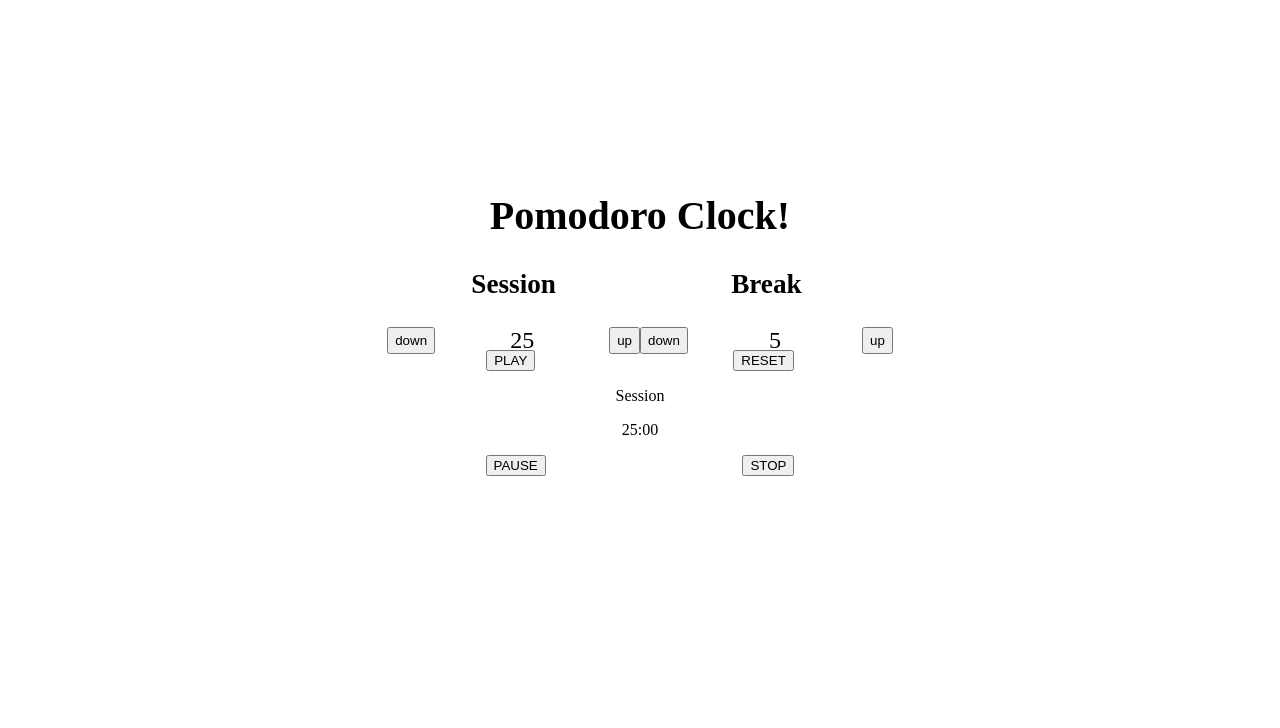
Repository: mcostigliola/pomodoroTimer
Page: index.html
These files come from the project's save history. The page is drawn as it stood at one moment and after the next save; the edit follows.
The browser window is 1280 px wide. The pictures show the whole page.

Above is the page before, as saved 2020-06-07 11:27:52.

### index.html
<!DOCTYPE html>
<html>
<head>
  <meta charset='utf-8'>
  <meta http-equiv='X-UA-Compatible' content='IE=edge'>
  <title>Page Title</title>
  <meta name='viewport' content='width=device-width, initial-scale=1'>
  <link rel='stylesheet' type='text/css' media='screen' href='main.css'>
</head>
<body>
  <div id="main-container">
    <div id="title-watch">
      <p>Pomodoro Clock!</p>
    </div>

    <div id="session-container">
      <div class="timer-configurator">
        <h3 class="cnfg-name">Session</h3>
        <div class="cnfg-controller">
          <button id="session-down" class="arrow-btn arrow-down">
            down
          </button>
          <div id="session-minute" class="config-minute"></div>
          <button id="session-up" class="arrow-btn arrow-up">
            up
          </button>
        </div>
      </div>
      <div class="timer-configurator">
        <h3 class="cnfg-name">Break</h3>
        <div class="cnfg-controller">
          <button id="break-down" class="arrow-btn arrow-down">
            down
          </button>
          <div id="break-minute" class="config-minute"></div>
          <button id="break-up" class="arrow-btn arrow-up">
            up
          </button>
        </div>
      </div>
    </div>

    <div id="timer-container">
       <div class="btn-container">
         <button id="btn-play">PLAY</button>
         <button id="btn-reset">RESET</button>
       </div>

       <p id="status">Session</p>
       <p id="timer">25:00</p>
       <div class="btn-container">
         <button id="btn-pause">PAUSE</button>
         <button id="btn-stop">STOP</button>
       </div>

    </div>
  </div>

  <script src='main.js'></script>
</body>
</html>

### main.css
/* *{
    border: 1px solid black;
    box-sizing: border-box;
    margin:0;
    padding:0;
} */

html{
    height: 100%;
}

body{
    display: flex;
    flex-flow: column;
    height: 100%;
}

button{

}

#main-container{
    display: flex;
    flex-flow: column;
    height: 50vh;
    justify-content: space-between;
    margin: auto;
    width: 40%;
}

#session-container{
    display: flex;
    height: 30%;
}

#timer-container{
    height: 75%;
}

#timer-container p{
    display:flex;
    flex-flow: column;
    text-align: center;
}

#title-watch{
    align-items: center;
    display: flex;
    height: 15%;
    text-align: center;
}

#title-watch p{
    flex-grow: 1;
    font-size: 40px;
    font-weight: bold;
}

.btn-container{
    display: flex;
    justify-content: space-around;
}

.cnfg-controller{
    display: flex;
    flex-grow: 1;
    justify-content: space-between;
}

.cnfg-name{
    font-size: 1.7rem;
}

.config-minute{
    font-size: 1.5rem;
}


.timer-configurator{
    display: flex;
    flex-flow: column;
    width: 50%;
}

.timer-configurator h3{
    text-align: center;
}

### main.js
const MAX_CNFG_VALUE = 99;
const DEFMINUTES = 25;
const DEFBREAK = 5;
let configSessionMinutes = DEFMINUTES;
let configBreakMinutes = DEFBREAK;
let timerMinutes = configSessionMinutes;
let timerSeconds = 0;
let intervalId;
let isPaused = true;
let isOnBreak = false;
let sessionP = document.getElementById('status');
document.getElementById('session-minute').innerText = configSessionMinutes.toString();
document.getElementById('break-minute').innerText = configBreakMinutes.toString();

let arrowBtns = Array.from(document.querySelectorAll('.arrow-btn'));
arrowBtns.forEach(btn => btn.addEventListener('click', pressArrow));

document.getElementById('btn-play').addEventListener('click', pressPlay);
document.getElementById('btn-pause').addEventListener('click', pressPause);
document.getElementById('btn-stop').addEventListener('click', pressStop);
document.getElementById('btn-reset').addEventListener('click', resetButton);

function pressArrow(e){
  const buttonId = e.target.id;
  changeConfigMinutes(buttonId);
  alignConfigWithDisplay(buttonId);
}

function alignConfigWithDisplay(buttonId){
  if(buttonId.includes('break')){
    updateDisplay();
    if(isPaused && isOnBreak){
      timerMinutes = configBreakMinutes;
      updateDisplay();
    }
  }else{
    updateDisplay();
    if(isPaused && !isOnBreak){
      timerMinutes = configSessionMinutes;
      updateDisplay();
    }
  }
}

function changeConfigMinutes(buttonId){
  switch(buttonId){
    case "session-up":
      if(configSessionMinutes < MAX_CNFG_VALUE) configSessionMinutes++;
      break;
    case "session-down":
      if(configSessionMinutes > 0) configSessionMinutes--;
      break;
    case "break-up":
      if(configBreakMinutes < MAX_CNFG_VALUE) configBreakMinutes++;
      break;
    case "break-down":
      if(configBreakMinutes > 0) configBreakMinutes--;
      break;
  }
}

function updateDisplay(){
  updateTimerText();
  udpateConfigText();
}

function updateTimerText(){
  let timer = '';
  timerMinutes < 10 ? timer = `0${timerMinutes}`: timer = timerMinutes;
  timerSeconds < 10 ? timer += `:0${timerSeconds}`: timer += `:${timerSeconds}`;
  document.getElementById('timer').innerText = timer;
}

function udpateConfigText(){
  document.getElementById('break-minute').innerText = configBreakMinutes.toString();
  document.getElementById('session-minute').innerText = configSessionMinutes.toString();
}

function countdown(){
   intervalId = setInterval(() => {
    if(isPaused === true){
      clearInterval(intervalId);
      return;
    }
    if (timerSeconds > 0){
          timerSeconds--;
          updateDisplay();
    }else{
      if (timerMinutes > 0){
        timerMinutes--;
        timerSeconds = 59;
        updateDisplay();
      } else {
        isPaused = true;
        switchStatus();
      }
    }
   }, 1000);
}

function pressPlay(){
  if (isPaused){
    countdown();
    isPaused = false;
  }
}

function pressPause(){
  if(!isPaused) isPaused = true;
}

function pressStop(){
  timerSeconds = 0;
  isPaused = true;
  if(isOnBreak){
    sessionP.innerText = "Break";
    timerMinutes = configBreakMinutes;
  }else{
    sessionP.innerText = "Session";
    timerMinutes = configSessionMinutes;
  }
  updateDisplay();
}

function resetButton(){
  configSessionMinutes = DEFMINUTES;
  configBreakMinutes = DEFBREAK;
  isPaused = true;
  isOnBreak = false;
  timerMinutes = configSessionMinutes;
  timerSeconds = 0;
  sessionP.innerText = "Session";
  updateDisplay();
}

function switchStatus(){
  clearInterval(intervalId);
  isOnBreak = !isOnBreak;
  if(isOnBreak){
    timerMinutes = configBreakMinutes;
    sessionP.innerText = "Break";
  } else {
    timerMinutes = configSessionMinutes;
    sessionP.innerText = "Session";
  }
  isPaused = true;
  updateDisplay();
}

After the next save:
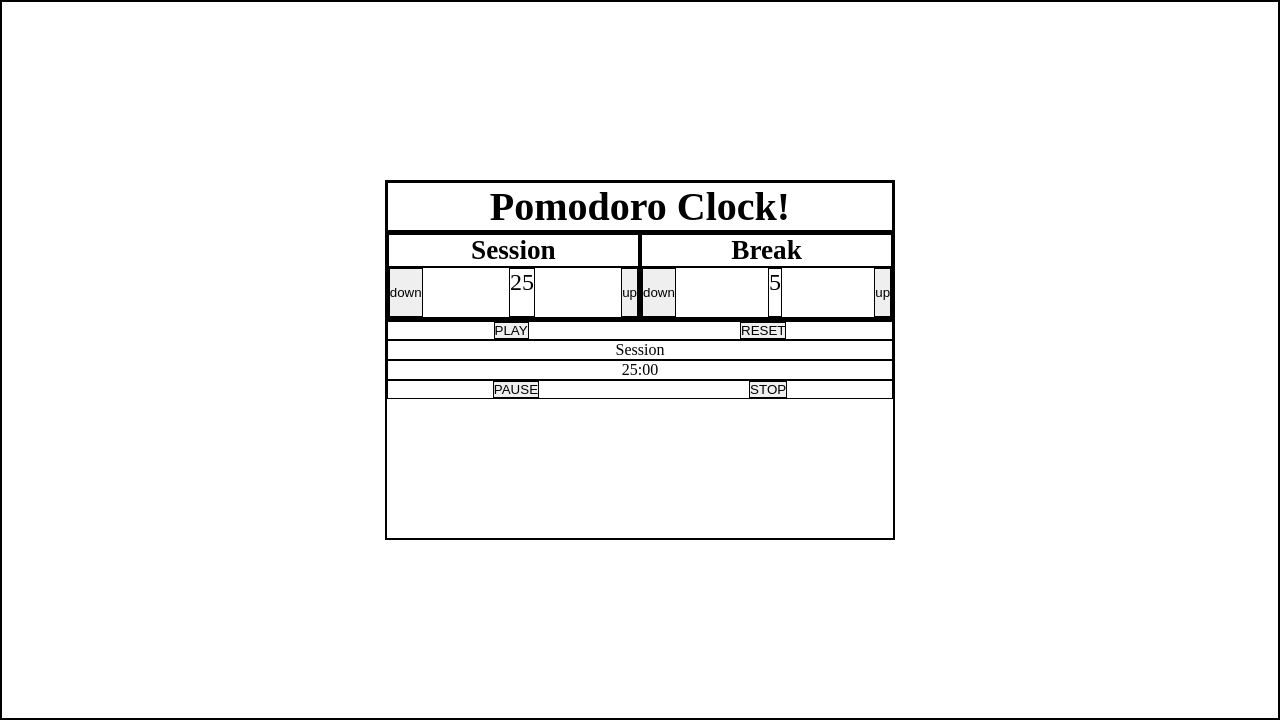
Saved 32 s later.
--- a/main.css
+++ b/main.css
@@ -1,9 +1,9 @@
-/* *{
+*{
     border: 1px solid black;
     box-sizing: border-box;
     margin:0;
     padding:0;
-} */
+}
 
 html{
     height: 100%;
